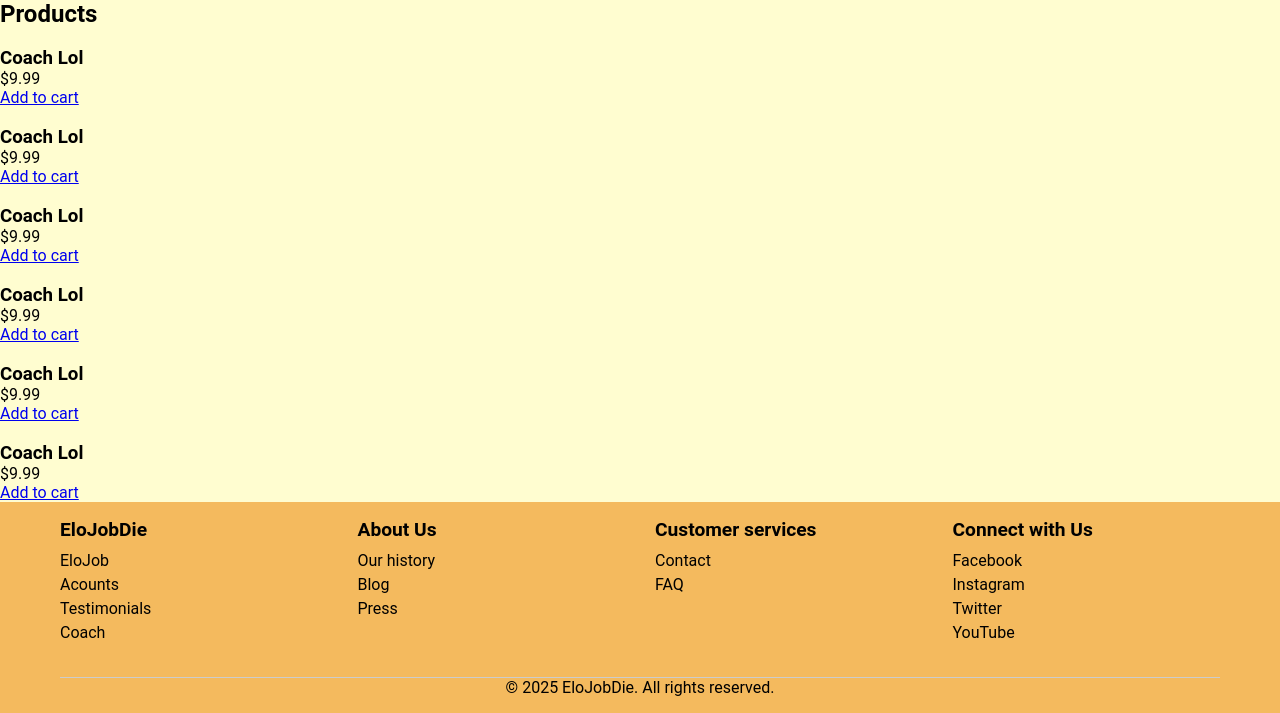
Repository: JustTheHero/web_online_store
Page: homePage.html
The author's editor kept a copy of each file at every save. The page is drawn from the files as they stood at one save, then again after the next save.
The browser window is 1280 px wide. The pictures show the part of the page from y = 386 to 1243 px (the page is 1099 px tall before and 1243 px after).

Above is the page before, as saved 2025-04-24 11:26:25.

After the next save:
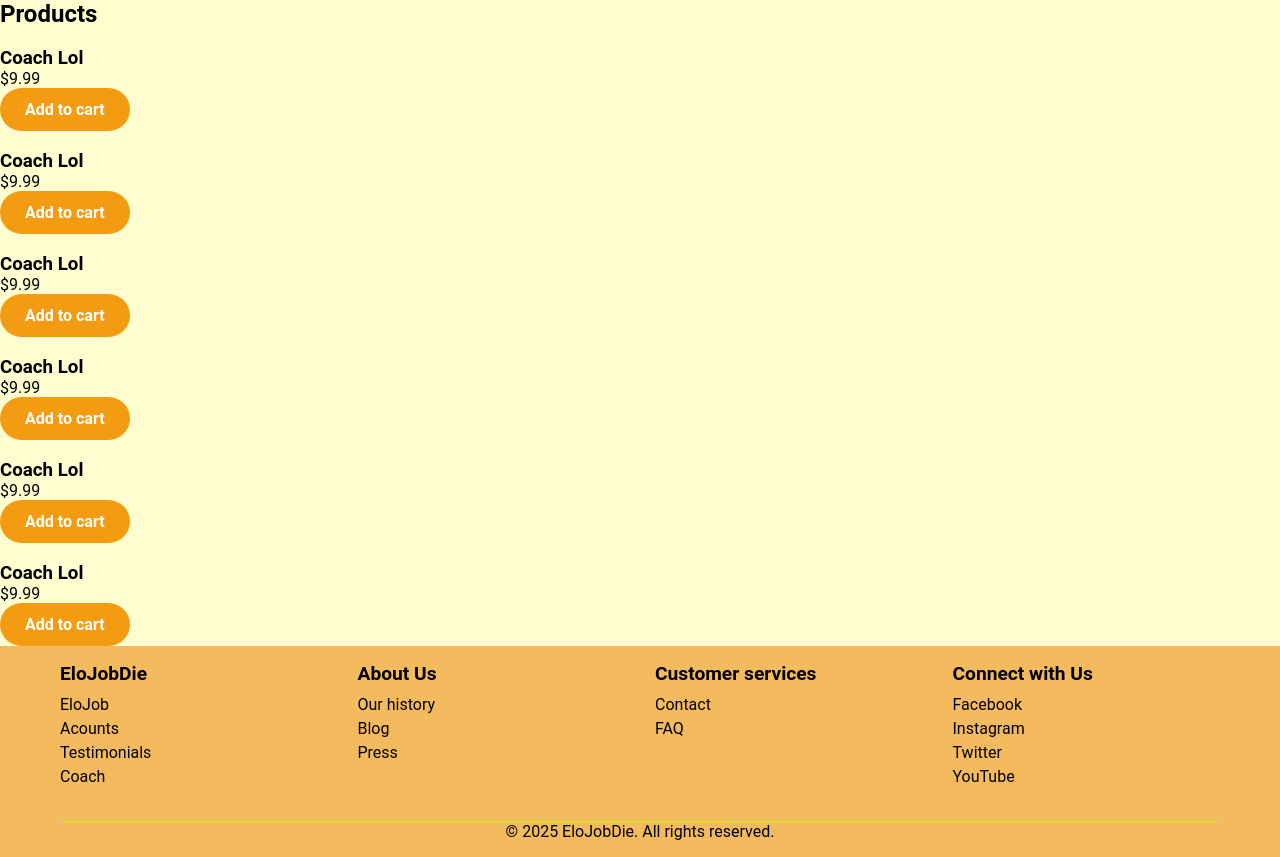
Saved 2 min 59 s later.
--- a/homePage.html
+++ b/homePage.html
@@ -117,6 +117,21 @@
             font-size:1.2rem;
             margin-bottom: 1rem;
         }
+        .btn {
+            display: inline-block;
+            background-color: #f39c12;
+            color: white;
+            padding: 12px 25px;
+            text-decoration: none;
+            border-radius: 25px;
+            font-weight: bold;
+            transition: background-color 0.3s;
+        }
+
+        .btn:hover {
+            background-color: #e67e22;
+        }
+
 
     </style>
 </head>

After the save that followed:
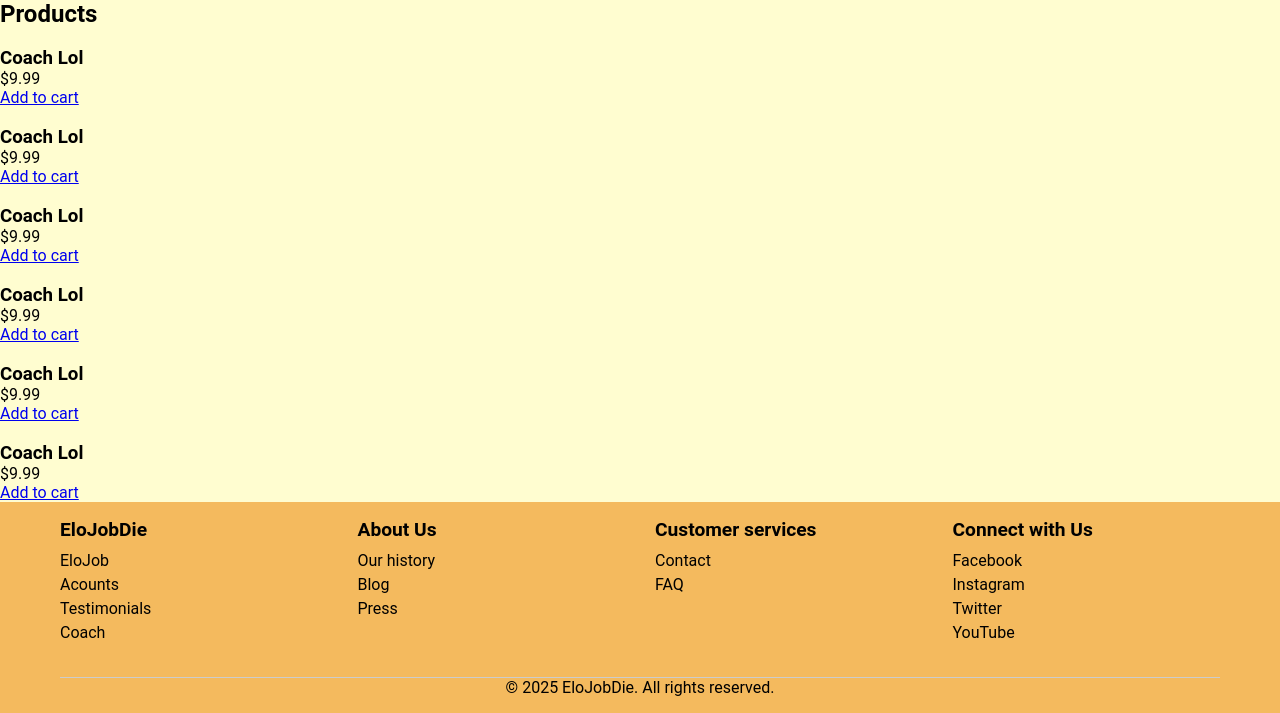
Saved 80 s later.
--- a/homePage.html
+++ b/homePage.html
@@ -117,20 +117,6 @@
             font-size:1.2rem;
             margin-bottom: 1rem;
         }
-        .btn {
-            display: inline-block;
-            background-color: #f39c12;
-            color: white;
-            padding: 12px 25px;
-            text-decoration: none;
-            border-radius: 25px;
-            font-weight: bold;
-            transition: background-color 0.3s;
-        }
-
-        .btn:hover {
-            background-color: #e67e22;
-        }
 
 
     </style>
@@ -170,7 +156,7 @@
         <div class = "container_welcome">
             <h1>Welcome to EloJobDie</h1>
             <p>Your one-stop shop for all your in game problems. Quality products and realible services</p>
-            <a href="#promos">See the promos</a>
+            <a href="#promos" class="btn">See the promos</a>
         </div>
     </section>
 
